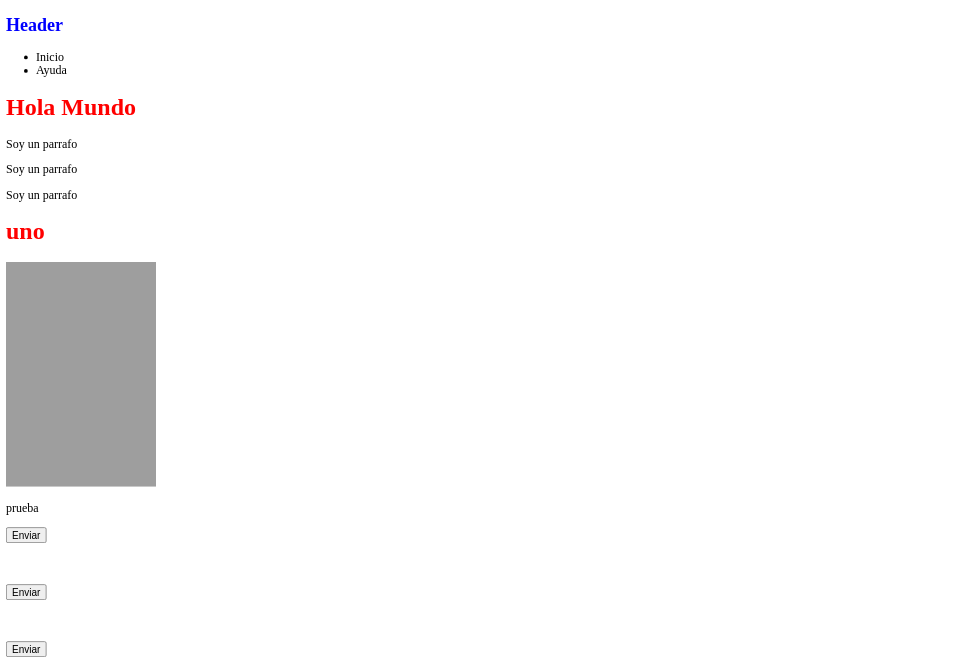
Repository: Klauditha/desafio_modulo_react
Page: / (app in 01_Introduccion/ClasePrincipal/)
The author's editor kept a copy of each file at every save. The page is drawn from the files as they stood at one save, then again after the next save.
The browser window is 1280 px wide. The pictures show the whole page, at 75% of full size.
Pictures or frames that could not be fetched are drawn as grey boxes. The project was rebuilt for these pictures with package versions that can differ from the ones it lists, and the page was loaded fresh each time. Also part of the build but not shown: 01_Introduccion/ClasePrincipal/vite.config.js, 01_Introduccion/ClasePrincipal/src/index.css.

Above is the page before, as saved 2023-09-07 23:53:28.

After the next save:
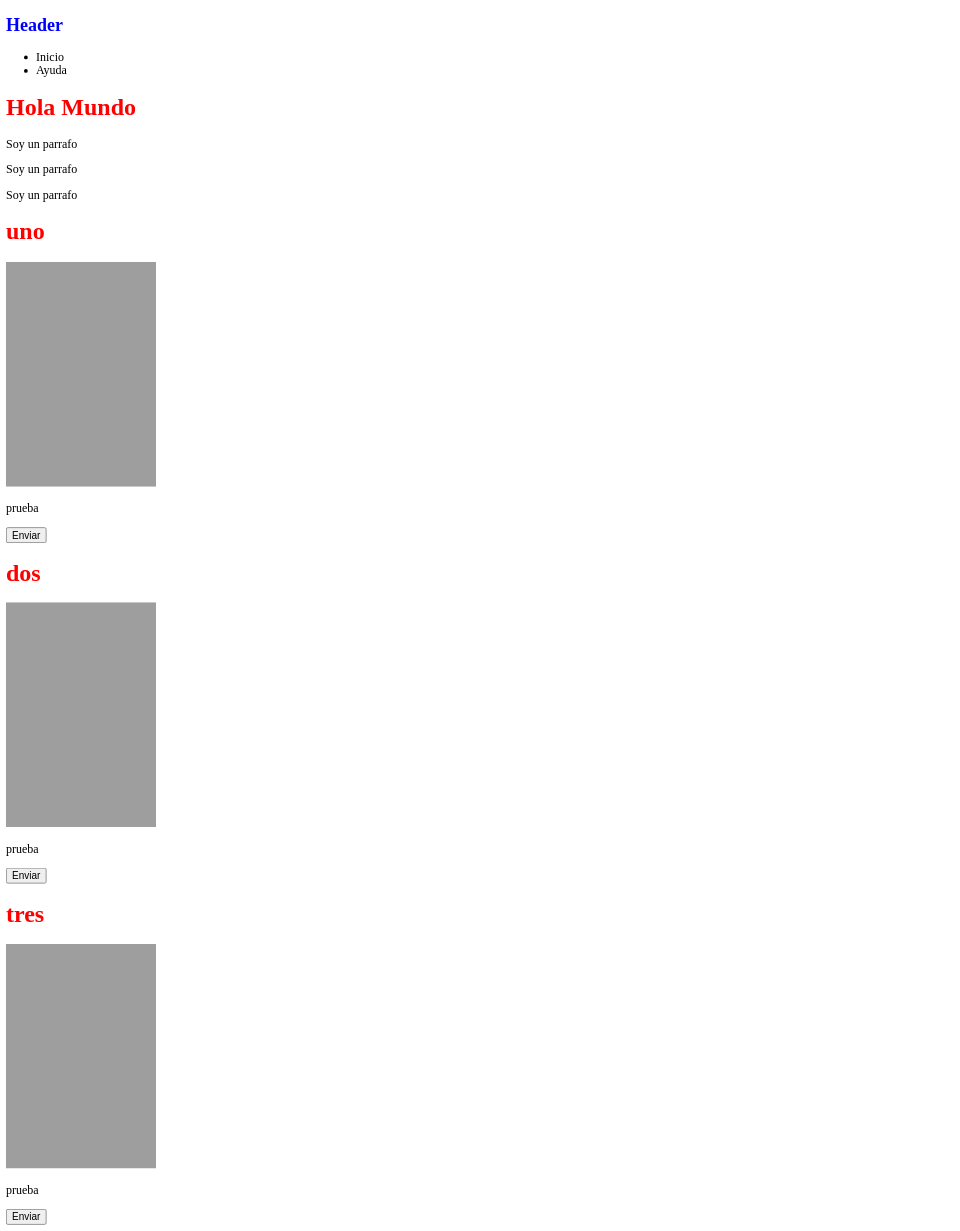
Saved 26 s later.
--- a/01_Introduccion/ClasePrincipal/src/App.jsx
+++ b/01_Introduccion/ClasePrincipal/src/App.jsx
@@ -13,8 +13,8 @@ const App = () => {
       <p>Soy un parrafo</p>
       <div className="container">
       <Card titulo="uno" imagen="https://picsum.photos/200/300" texto="prueba"/>
-      <Card/>
-      <Card/>
+      <Card titulo="dos" imagen="https://picsum.photos/200/300" texto="prueba"/>
+      <Card titulo="tres" imagen="https://picsum.photos/200/300" texto="prueba"/>
       </div>
 
     </>
